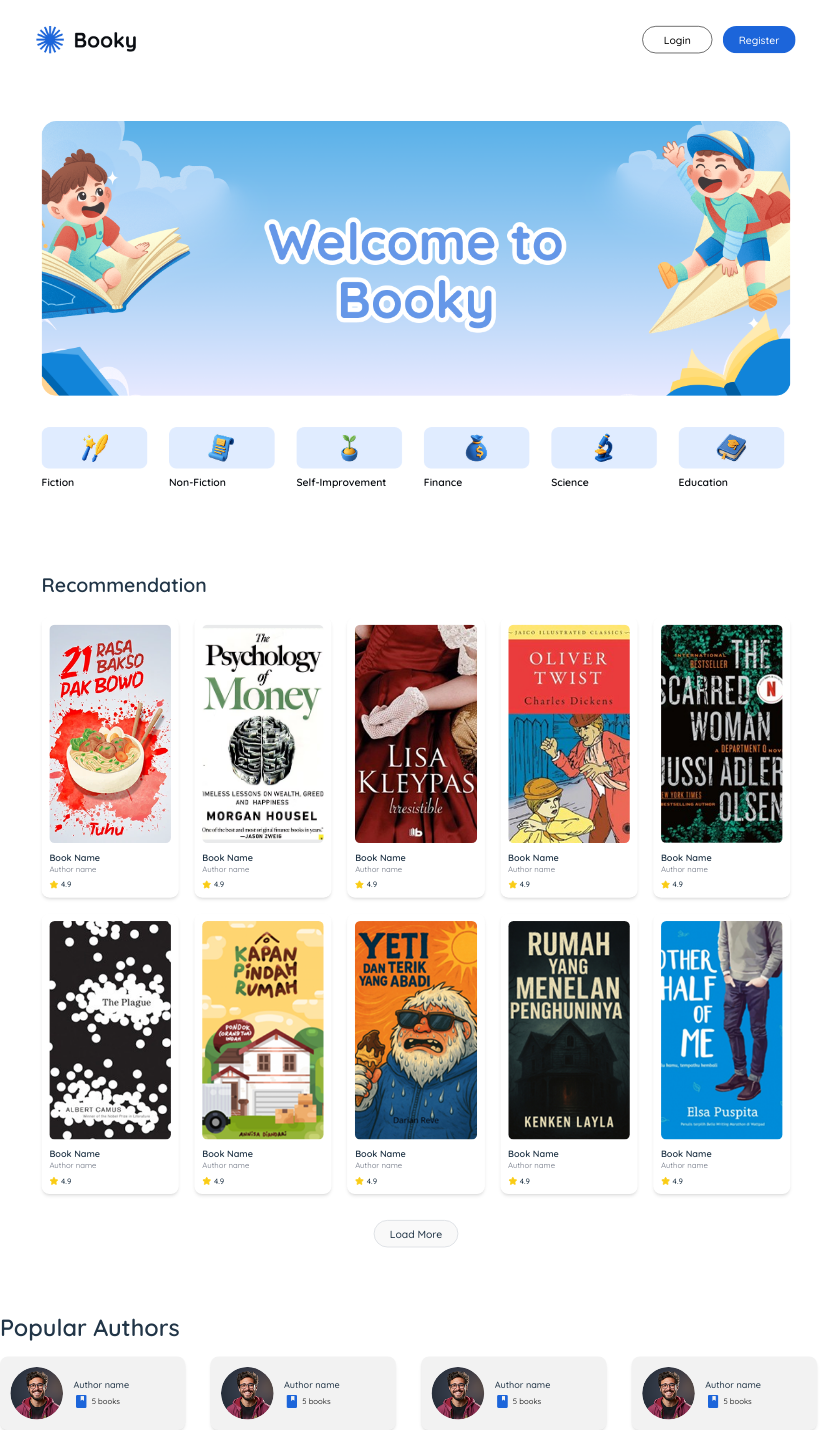
Repository: faridsyafaat/library-app
Page: /
An editor plug-in stored every save of this project. The page is shown before and after the next save, followed by the edit.
The browser window is 1280 px wide. The pictures show the whole page, at 65% of full size.
The project was rebuilt for these pictures with package versions that can differ from the ones it lists, and the page was loaded fresh each time. Also part of the build but not shown: vite.config.ts, src/pages/Login.tsx, src/pages/Register.tsx.

Above is the page before, as saved 2025-11-24 21:16:52.

### index.html
<!doctype html>
<html lang="en">
  <head>
    <meta charset="UTF-8" />
    <link rel="icon" type="image/svg+xml" href="/vite.svg" />
    <meta name="viewport" content="width=device-width, initial-scale=1.0" />
    <title>library-app</title>
  </head>
  <body>
    <div id="root"></div>
    <script type="module" src="/src/main.tsx"></script>
  </body>
</html>

### src/index.css
@import url('https://fonts.googleapis.com/css2?family=Quicksand:wght@300;400;500;600;700&display=swap');
@tailwind base;
@tailwind components;
@tailwind utilities;

:root {
  font-family: system-ui, Avenir, Helvetica, Arial, sans-serif;
  line-height: 1.5;
  font-weight: 400;
  font-synthesis: none;
  text-rendering: optimizeLegibility;
  -webkit-font-smoothing: antialiased;
  -moz-osx-font-smoothing: grayscale;
}

a {
  font-weight: 500;
  color: #646cff;
  text-decoration: inherit;
}
a:hover {
  color: #535bf2;
}

body {
  margin: 0;
  min-height: 100vh;
  }

h1 {
  font-size: 3.2em;
  line-height: 1.1;
}

button {
  border-radius: 8px;
  border: 1px solid transparent;
  padding: 0.6em 1.2em;
  font-size: 1em;
  font-weight: 500;
  font-family: inherit;
  background-color: #1a1a1a;
  cursor: pointer;
  transition: border-color 0.25s;
}
button:hover {
  border-color: #646cff;
}
button:focus,
button:focus-visible {
  outline: 4px auto -webkit-focus-ring-color;
}

@media (prefers-color-scheme: light) {
  :root {
    color: #213547;
    background-color: #ffffff;
  }
  a:hover {
    color: #747bff;
  }
  button {
    background-color: #f9f9f9;
  }
}

.container-custom {
  max-width: 1200px;
  margin-left: auto;
  margin-right: auto;
  padding-left: 1rem;
  padding-right: 1rem;
}

@layer base {
  body {
    @apply font-quicksand;
  }
}

### src/App.tsx
import { BrowserRouter as Router, Routes, Route, } from "react-router-dom";
import HomeBefore from "./pages/HomeBefore";
import Login from "./pages/Login";
import Register from "./pages/Register";


function App() {


  return (
    <Router>
      <Routes>
        <Route path="/" element={<HomeBefore />} />
        <Route path="/login" element={<Login />} />
        <Route path="/register" element={<Register />} />

      </Routes>
    </Router>
  );
}

export default App;

### src/pages/HomeBefore.tsx
import NavbarBefore from "@/components/layout/NavbarBefore";
import HeroSection from "@/components/sections/HeroSection";
import RecommendationSection from "@/components/sections/RecommendationSection";
import AuthorsSection from "@/components/sections/AuthorsSection";

export default function HomeBefore() {
  return (
    <div>
      <NavbarBefore />
      <HeroSection />
      <RecommendationSection />
      <AuthorsSection />

    </div>
  );
}

### src/components/layout/NavbarBefore.tsx
import Button from "@/components/ui/Button";
import { useNavigate } from "react-router-dom";

export default function NavbarBefore() {
  const navigate = useNavigate();

  return (
    <nav className="sticky top-0 z-50 bg-white">
      <div className="container mx-auto flex justify-between items-center py-10 px-4">
        {/* Logo */}
        <div className="flex items-left gap-2">
          <img src="/icon/booky.png" alt="Booky Logo" className="w-[155px] h-[42px]" />
        </div>

        {/* Buttons */}
        <div className="flex gap-4">
          <Button
            variant="outline"
            className="bg-white text-black border border-neutral-800 px-8 py-2"
            onClick={() => navigate("/login")}
          >
            Login
          </Button>
          <Button
            variant="default"
            className="px-10 py-2"
            onClick={() => navigate("/register")}
          >
            Register
          </Button>
        </div> {/* Tutup div buttons */}
      </div> {/* Tutup div container */}
    </nav>
  );
}

### src/components/sections/HeroSection.tsx

const bookCategories = [
  { name: "Fiction", img: "/image/hero1.png" },
  { name: "Non-Fiction", img: "/image/hero2.png" },
  { name: "Self-Improvement", img: "/image/hero3.png" },
  { name: "Finance", img: "/image/hero4.png" },
  { name: "Science", img: "/image/hero5.png" },
  { name: "Education", img: "/image/hero6.png" },
];

export default function HeroSection() {
  return (
    <section className="bg-white py-16">
      <div className="container mx-auto px-6">
        {/* Hero Image */}
        <div className="w-full">
          <img
            src="/image/herosection.png"
            alt="Hero Background"
            className="w-full h-auto rounded-xl"
          />
        </div>

        {/* Jenis Buku */}
       <div className="mt-12 grid grid-cols-3 sm:grid-cols-3 md:grid-cols-6 gap-6">
  {bookCategories.map((book) => (
    <div
      key={book.name}
      className="flex flex-col items-start cursor-pointer hover:scale-105 transition-transform"
    >
      <img
        src={book.img}
        alt={book.name}
        className="w-[162.67px] h-[64px] object-cover rounded-lg mb-2"
      />
      <span className="text-[#0A0D12] font-semibold">{book.name}</span>
    </div>
  ))}
</div>

      </div>
    </section>
  );
}

### src/components/sections/RecommendationSection.tsx
import { Star } from "lucide-react";

const books = [
  {
    title: "Book Name",
    author: "Author name",
    rating: 4.9,
    img: "/image/book1.png",
  },
  {
    title: "Book Name",
    author: "Author name",
    rating: 4.9,
    img: "/image/book2.png",
  },
  {
    title: "Book Name",
    author: "Author name",
    rating: 4.9,
    img: "/image/book3.png",
  },
  {
    title: "Book Name",
    author: "Author name",
    rating: 4.9,
    img: "/image/book4.png",
  },
  {
    title: "Book Name",
    author: "Author name",
    rating: 4.9,
    img: "/image/book5.png",
  },
  {
    title: "Book Name",
    author: "Author name",
    rating: 4.9,
    img: "/image/book6.png",
  },
  {
    title: "Book Name",
    author: "Author name",
    rating: 4.9,
    img: "/image/book7.png",
  },
  {
    title: "Book Name",
    author: "Author name",
    rating: 4.9,
    img: "/image/book8.png",
  },
  {
    title: "Book Name",
    author: "Author name",
    rating: 4.9,
    img: "/image/book9.png",
  },
  {
    title: "Book Name",
    author: "Author name",
    rating: 4.9,
    img: "/image/book10.png",
  },
];

export default function RecommendationSection() {
  return (
    <section className="py-16 bg-white">
      <div className="container mx-auto px-6">

        {/* Title */}
        <h2 className="text-3xl font-semibold mb-8">Recommendation</h2>

        {/* Grid Books */}
        <div className="grid grid-cols-2 sm:grid-cols-3 md:grid-cols-5 gap-6">
          {books.map((book, index) => (
            <div
              key={index}
              className="bg-white shadow-md rounded-xl p-3 cursor-pointer hover:scale-105 transition-transform"
            >
              <img
                src={book.img}
                alt={book.title}
                className="h-[336px] w-[224] object-cover rounded-lg"
              />

              <h3 className="mt-3 text-sm font-semibold">{book.title}</h3>
              <p className="text-xs text-gray-500">{book.author}</p>

              <div className="flex items-center gap-1 mt-2">
                <Star size={14} fill="#FACC15" color="#FACC15" />
                <span className="text-xs font-medium">{book.rating}</span>
              </div>
            </div>
          ))}
        </div>

        {/* Load More Button */}
        <div className="flex justify-center mt-10">
          <button className="px-6 py-2 rounded-full border border-gray-300 hover:bg-gray-100 transition">
            Load More
          </button>
        </div>
      </div>
    </section>
  );
}

### src/components/sections/AuthorsSection.tsx
const authors = [
  {
    id: 1,
    name: "Author name",
    books: "5 books",
    image: "/image/author.png",
  },
  {
    id: 2,
    name: "Author name",
    books: "5 books",
    image: "/image/author.png",
  },
  {
    id: 3,
    name: "Author name",
    books: "5 books",
    image: "/image/author.png",
  },
  {
    id: 4,
    name: "Author name",
    books: "5 books",
    image: "/image/author.png",
  },
];

export default function AuthorsSection() {
  return (
    <section className="mt-10">
      <h2 className="text-4xl font-semibold mb-6">Popular Authors</h2>

      <div className="grid grid-cols-1 gap-4 md:grid-cols-2 lg:grid-cols-4">
        {authors.map((author) => (
          <div
            key={author.id}
            className="shadow-md rounded-xl p-4 flex items-center gap-4 bg-[#CBCACA40] w-[285px] h-[113px]"
          >
            {/* FOTO AUTHOR */}
            <img
              src={author.image}
              alt={author.name}
              className="w-[81px] h-[81px] rounded-full object-cover"
            />

            {/* TEKS */}
            <div>
              <p className="font-medium text-sm">{author.name}</p>

              {/* ICON BUKU + JUMLAH */}
              <div className="flex items-center gap-1 mt-1 text-black">
                <img
                  src="/image/book.png"
                  alt="book icon"
                  className="w-[24px] h-[24px] object-contain"
                />
                <span className="text-xs">{author.books}</span>
              </div>
            </div>
          </div>
        ))}
      </div>
    </section>
  );
}

### src/components/ui/Button.tsx
import React from "react";
import clsx from "clsx";

interface ButtonProps extends React.ButtonHTMLAttributes<HTMLButtonElement> {
  variant?: "default" | "outline" | "short";
  size?: "sm" | "md" | "lg";
}

const Button: React.FC<ButtonProps> = ({
  variant = "default",
  className,
  children,
  ...props
}) => {
  const baseStyle = "inline-flex items-center justify-center font-medium focus:outline-none rounded-full disabled:opacity-50 disabled:pointer-events-none";

  const variants: Record<string, string> = {
    default: "bg-[#1C65DA] text-white px-6 py-2 hover:bg-blue-600",
    outline: "border border-gray-800 text-black bg-white px-6 py-2 hover:bg-gray-100",
    short: "px-4 py-2 rounded-md text-sm",
  };

  return (
    <button className={clsx(baseStyle, variants[variant], className)} {...props}>
      {children}
    </button>
  );
};

export default Button;

### tailwind.config.js
/** @type {import('tailwindcss').Config} */
module.exports = {
  content: [
    "./index.html",
    "./src/**/*.{js,ts,jsx,tsx}",
  ],
  theme: {
    extend: {
      fontFamily: {
        quicksand: ["Quicksand", "sans-serif"],
      },
    },
    container: {
      center: true,
      padding: '1rem',
      screens: {
        sm: "640px",
        md: "768px",
        lg: "1200px", // container lg = 1200px
        xl: "1200px",
        "2xl": "1200px"
      }
    }
  },
  plugins: [],
};

Loaded but not shown: src/main.tsx (common file)

After the next save:
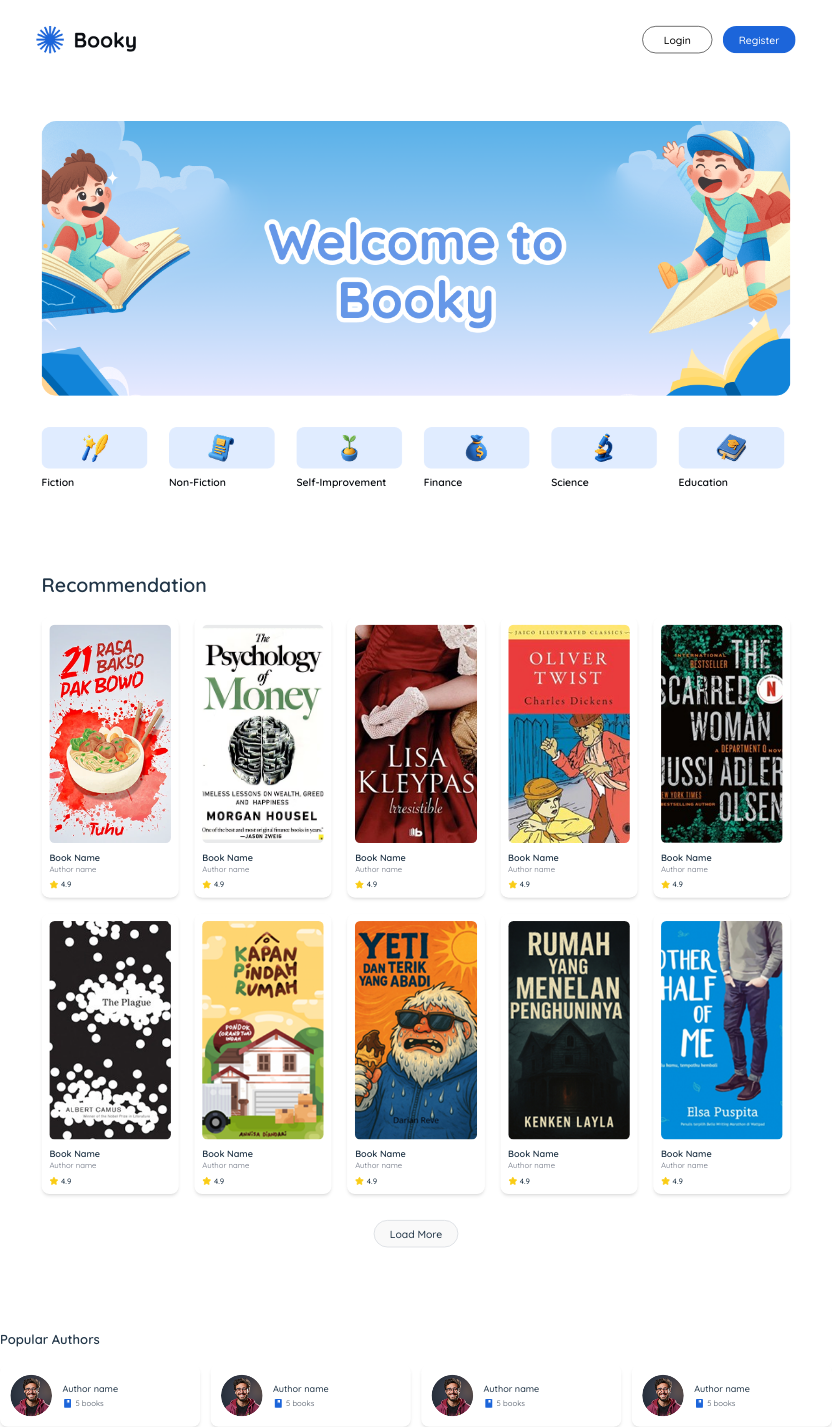
Saved 74 s later.
--- a/src/components/sections/AuthorsSection.tsx
+++ b/src/components/sections/AuthorsSection.tsx
@@ -27,20 +27,20 @@
 
 export default function AuthorsSection() {
   return (
-    <section className="mt-10">
-      <h2 className="text-4xl font-semibold mb-6">Popular Authors</h2>
+    <section className="mt-16">
+      <h2 className="text-xl font-semibold mb-6">Popular Authors</h2>
 
       <div className="grid grid-cols-1 gap-4 md:grid-cols-2 lg:grid-cols-4">
         {authors.map((author) => (
           <div
             key={author.id}
-            className="shadow-md rounded-xl p-4 flex items-center gap-4 bg-[#CBCACA40] w-[285px] h-[113px]"
+            className="shadow-md rounded-xl p-4 flex items-center gap-4"
           >
             {/* FOTO AUTHOR */}
             <img
               src={author.image}
               alt={author.name}
-              className="w-[81px] h-[81px] rounded-full object-cover"
+              className="w-16 h-16 rounded-full object-cover"
             />
 
             {/* TEKS */}
@@ -48,11 +48,11 @@
               <p className="font-medium text-sm">{author.name}</p>
 
               {/* ICON BUKU + JUMLAH */}
-              <div className="flex items-center gap-1 mt-1 text-black">
+              <div className="flex items-center gap-1 mt-1 text-gray-600">
                 <img
                   src="/image/book.png"
                   alt="book icon"
-                  className="w-[24px] h-[24px] object-contain"
+                  className="w-4 h-4 object-contain"
                 />
                 <span className="text-xs">{author.books}</span>
               </div>
